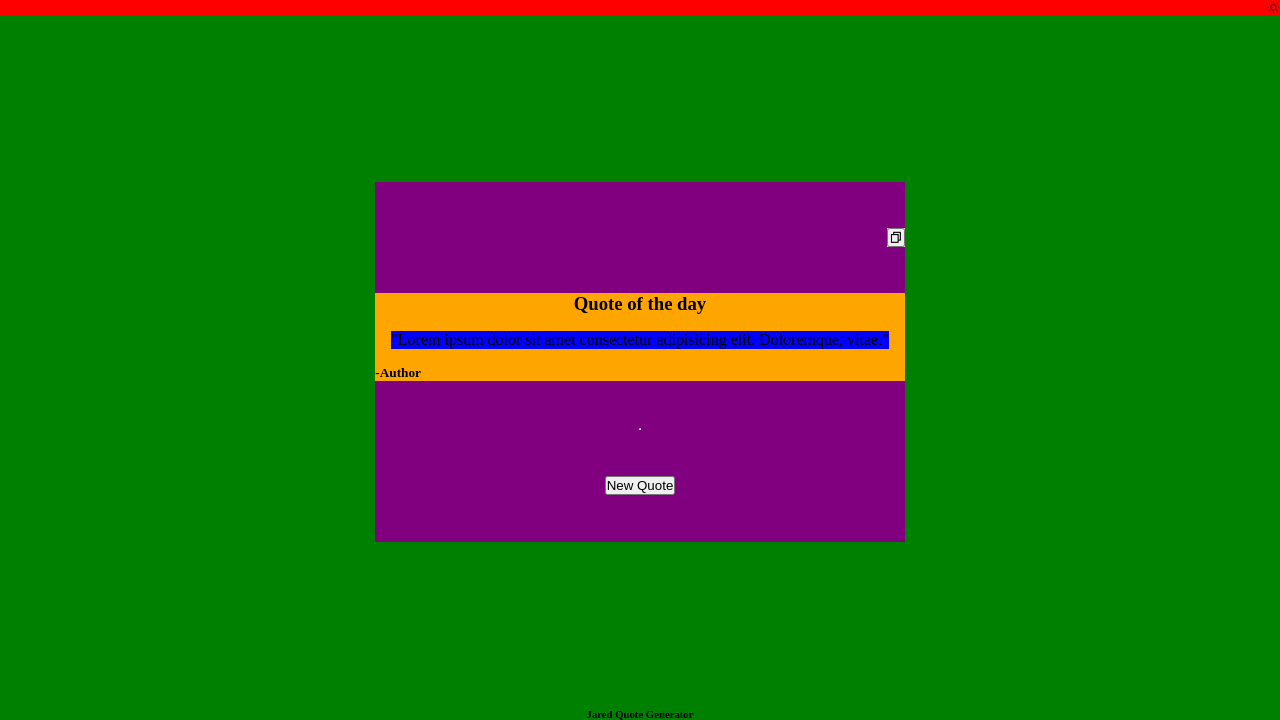
Repository: EguJaredoBoyd/Jared-Quote-Generator
Page: html/main.html
These files come from the project's save history. The page is drawn as it stood at one moment and after the next save; the edit follows.
The browser window is 1280 px wide. The pictures show the whole page.
Some web libraries are served in a nearby version.

Above is the page before, as saved 2026-01-09 00:54:10.

After the next save:
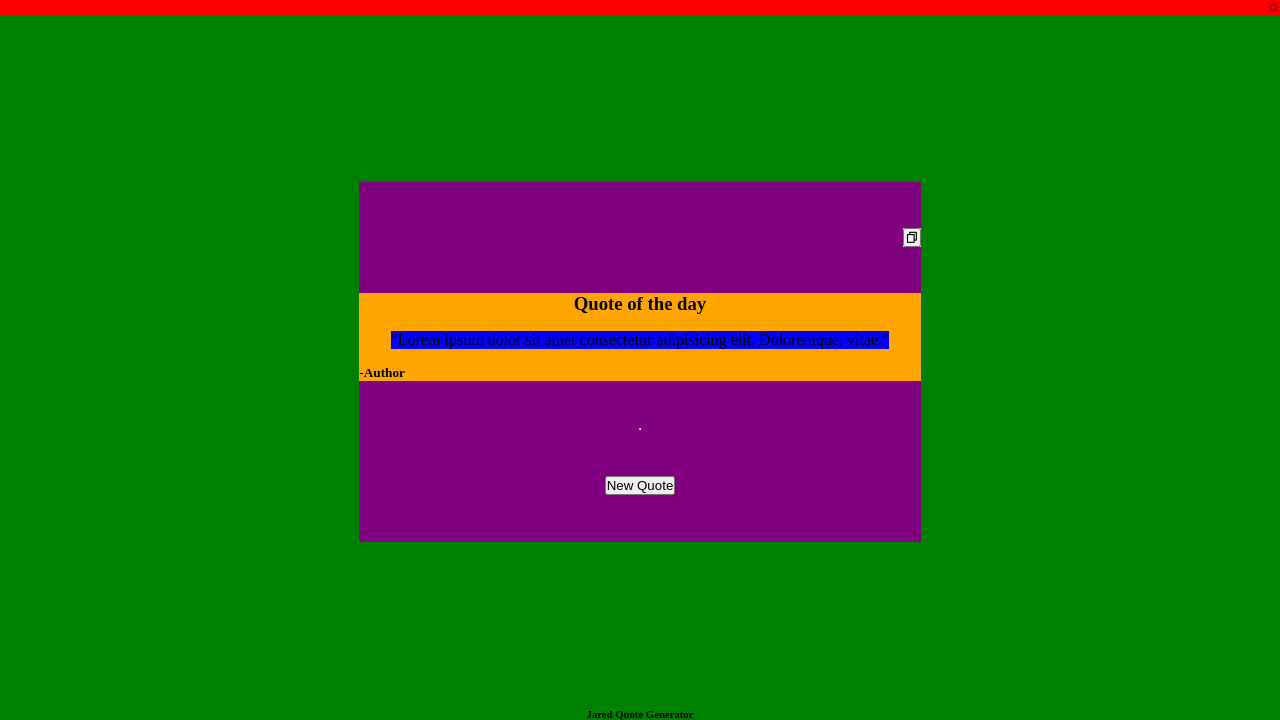
Saved 17 s later.
--- a/css/style.css
+++ b/css/style.css
@@ -69,6 +69,6 @@ header button {
 
 .quote-container__quotes p {
   background-color: blue;
-  margin: 1rem;
+  margin: 1rem 2rem;
   text-align: center;
 }
